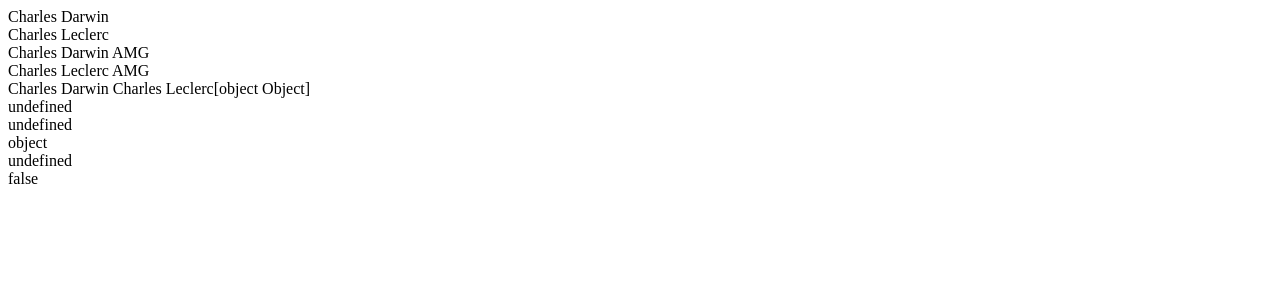
Repository: raghav3003/Simplilearn_phase4
Page: Javascript_phase_4_programs/public/prototype.html
An editor plug-in stored every save of this project. The page is shown before and after the next save, followed by the edit.
The browser window is 1280 px wide. The pictures show the whole page.

Above is the page before, as saved 2021-06-29 10:11:31.

After the next save:
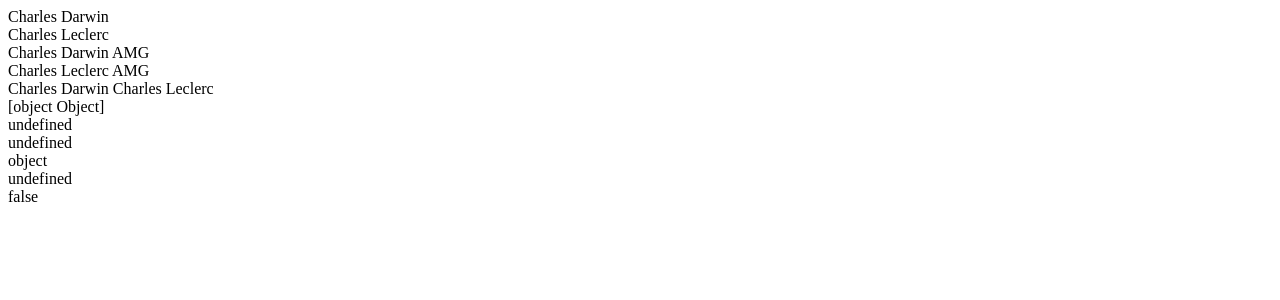
Saved 15 s later.
--- a/Javascript_phase_4_programs/public/prototype.html
+++ b/Javascript_phase_4_programs/public/prototype.html
@@ -29,7 +29,7 @@
 
 	document.write(emp1.firstName + ' ' + emp1.lastName + ' ' + emp1.company + '<br>');
 	document.write(emp2.firstName + ' ' + emp2.lastName + ' ' + emp2.company + '<br>');
-	document.write(emp1.fullName() + ' ' + emp2.fullName());
+	document.write(emp1.fullName() + ' ' + emp2.fullName() + '<br>');
 
 	function Student () {
 		this.name = 'Charled';
